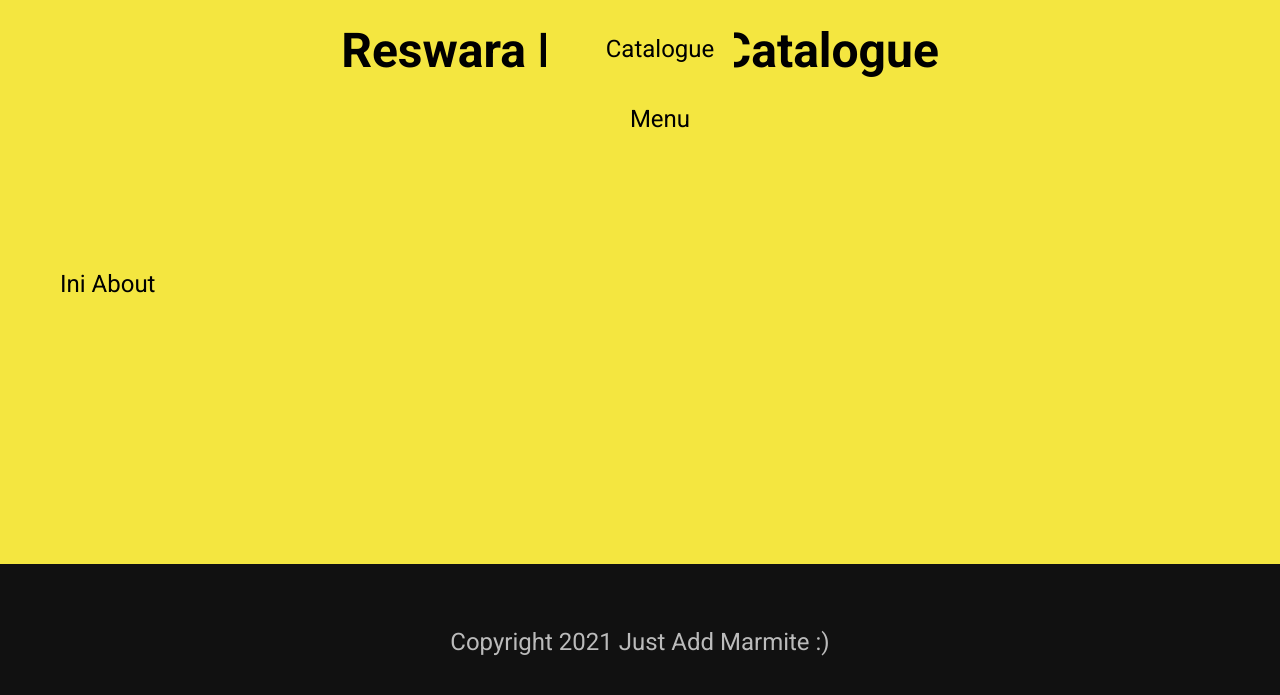
Repository: Fauzaanmhmd/Skripsi
Page: /about/about
The author's editor kept a copy of each file at every save. The page is drawn from the files as they stood at one save, then again after the next save.
The browser window is 1280 px wide. The pictures show the whole page.
The project was rebuilt for these pictures with package versions that can differ from the ones it lists, and the page was loaded fresh each time. The framework's server and built-in components were replaced by stand-ins that run in the browser. Also part of the build but not shown: next.config.js.

Above is the page before, as saved 2021-05-24 20:57:27.

### pages/about/about.js
import Layout from "../../components/Layout"

export default function About({ recipes }) {
    return (
        <Layout>
            Ini About
        </Layout>

    )
}

### styles/globals.css
@import url('https://fonts.googleapis.com/css2?family=Roboto:ital,wght@0,100;0,300;0,400;0,500;0,700;0,900;1,100;1,300;1,400;1,500;1,700;1,900&display=swap');

body {
  background: #F4E640;
  margin: 0;
  font-family: 'Roboto';
  font-size: 1.5em;
}
.layout {
  min-height: 100vh;
  display: flex;
  flex-direction: column;
}
header {
  text-align: center;
}
header a {
  text-decoration: none;
  color: black;
  text-transform: uppercase;
  display: inline-block;
}
header h1, header h2 {
  margin: 0;
}
header span {
  display: block;
  line-height: 1em;
}
header span:first-child {
  font-size: 1em;
  font-weight: 400;
}
header span:last-child {
  font-size: 1.5em;
  font-weight: 800;
}
header h2 {
  font-size: 1.2em;
  font-weight: 400;
}
footer {
  background: #111;
  color: #bbb;
  padding: 40px;
  text-align: center;
  margin-top: auto
}
.page-content {
  max-width: 1200px;
  margin: 20px auto 80px;
  padding: 0 20px;
  width: 100%;
  box-sizing: border-box;
}

.navbar {
  display: flex;
  justify-content: center;
  height: 100px;
  align-items: center;


  z-index: 999;
  width: 100%;
  margin-bottom: 150px;
}
.navbar_menu{
  display: flex;
  background-color: #F4E640;
  justify-content: center;
  align-items: center;
  position: fixed;
  flex-direction: column-reverse;
}

ul{
  list-style-type: none;
  display: flex;
}

li {
  margin: 20px;
  cursor: pointer;
  border-bottom: 2px solid #F4E640;
}
li:hover {
background-color: transparent;
border-bottom: 2px solid black;
}
.navimg{
  position: absolute;
  left: 20px;
}

.zoom:hover {
  -ms-transform: scale(1.5); /* IE 9 */
  -webkit-transform: scale(1.5); /* Safari 3-8 */
  transform: scale(1.5);
  transition: transform .9s;
}

img {
  width: 550px;
  height: 380px;
  margin: 10px 30px 0px 30px;
  padding: 10px 20px 0px 20px;
  display: flex;
  justify-content: center;
  align-items: center;
  position: relative;
  cursor: pointer;
}

img:hover {
  -ms-transform: scale(1.1); /* IE 9 */
  -webkit-transform: scale(1.1); /* Safari 3-8 */
  transform: scale(1.1);
  transition: transform .9s;
}

.image {
  display: grid;
  grid-template-columns: repeat(2,minmax(0,1fr));
  grid-gap: .5rem;
  padding: 0 50px;
}

.button {
  cursor : pointer;
  margin: 0 30px;
  padding: 0 20px;
  width: 100px;
}

.button {
  cursor: pointer;
    margin-bottom: 30px;
    margin-top: 30px;
    margin-left: 0px;
    margin-right: 0px;
    padding-top: 10px;
    padding-bottom: 10px;
    border-top-width: 2px;
    border-bottom-width: 2px
}

.img-bg {
  display: flex;
  background-color: white;
  flex-direction: column;
  justify-content: center;
  align-items: center;
  width: 65%;
  height: 150px;
  margin: -50px 0px 40px 90px;
}

.zoom-dropdown:hover {
  -ms-transform: scale(1.5); /* IE 9 */
  -webkit-transform: scale(1.5); /* Safari 3-8 */
  transform: scale(1.5);
  transition: transform .9s;
}

### components/Layout.js
import Link from 'next/link'
import Navbar from './Navbar'

export default function Layout({ children }) {

  return (
    <div className="layout">
      <header>
        <Navbar />
      </header>

      <div className="page-content">
        {children}
      </div>



      <footer>
        <p>Copyright 2021 Just Add Marmite :)</p>
      </footer>
    </div >
  )
}

### components/Navbar.js
import Link from 'next/link'

const Navbar = props => {
    return (
        <div className="navbar">
            <h1 className="zoom">Reswara Product Catalogue</h1>
            <ul className="navbar_menu">
                <Link href="/">
                    <li className="zoom">Menu</li>
                </Link>
                <Link href="/catalogue">
                    <li className="zoom-dropdown">Catalogue</li>
                </Link>
                <Link href="/about">
                    <li className="zoom">About</li>
                </Link>
            </ul>
        </div>
    )
}

export default Navbar

Loaded but not shown: pages/_app.js (common file)

After the next save:
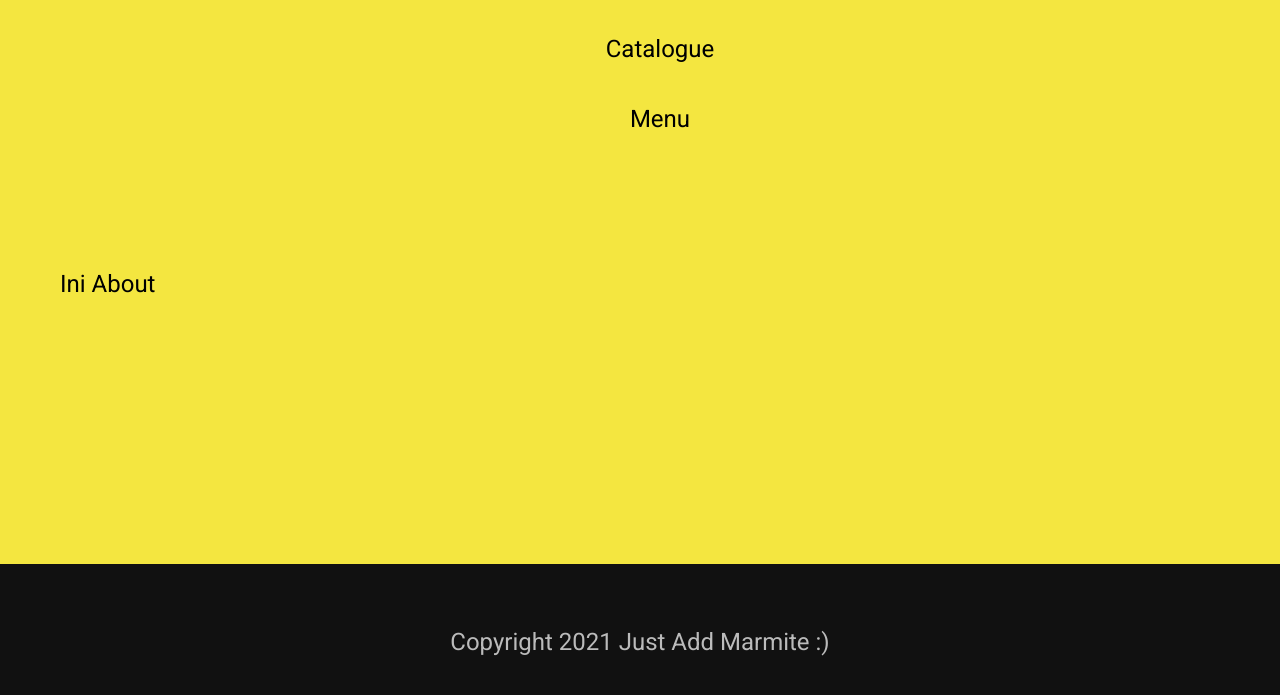
Saved 28 s later.
--- a/styles/globals.css
+++ b/styles/globals.css
@@ -59,10 +59,8 @@ footer {
   justify-content: center;
   height: 100px;
   align-items: center;
+  z-index: 999;
 
-
-  z-index: 999;
-  width: 100%;
   margin-bottom: 150px;
 }
 .navbar_menu{
@@ -72,6 +70,7 @@ footer {
   align-items: center;
   position: fixed;
   flex-direction: column-reverse;
+  width: 100%;
 }
 
 ul{
